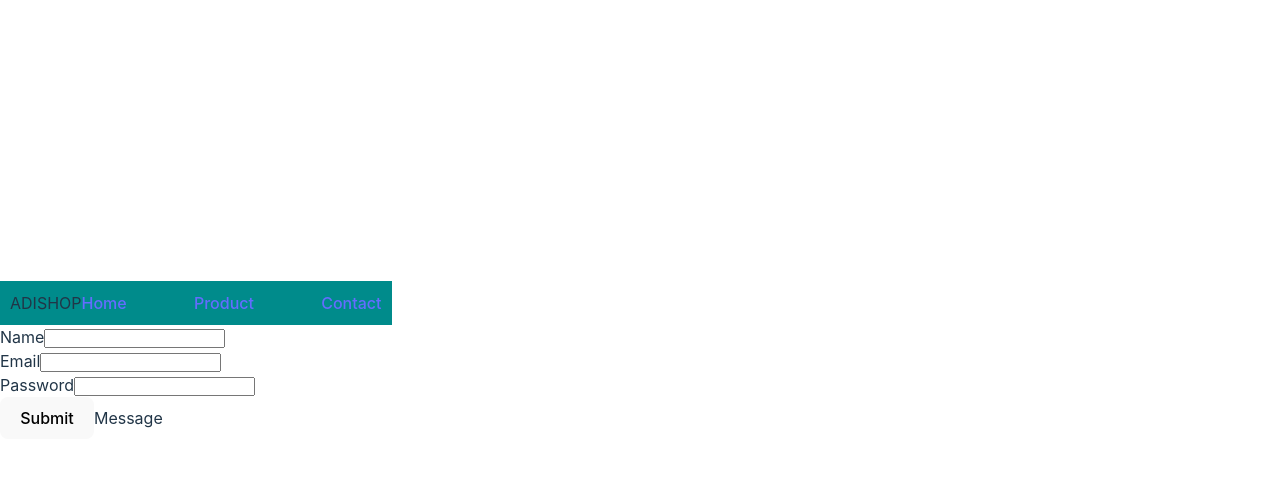
Repository: Aditya0377/React-ecommercewebsite
Page: /contact (app in ecommerce/)
These files come from the project's save history. The page is drawn as it stood at one moment and after the next save; the edit follows.
The browser window is 1280 px wide. The pictures show the whole page.
The project was rebuilt for these pictures with package versions that can differ from the ones it lists, and the page was loaded fresh each time. Also part of the build but not shown: ecommerce/vite.config.js, ecommerce/src/components/Home.jsx, ecommerce/src/components/Product.css, ecommerce/src/components/Product.jsx, ecommerce/src/components/Contact.css.

Above is the page before, as saved 2025-01-21 15:47:33.

After the next save:
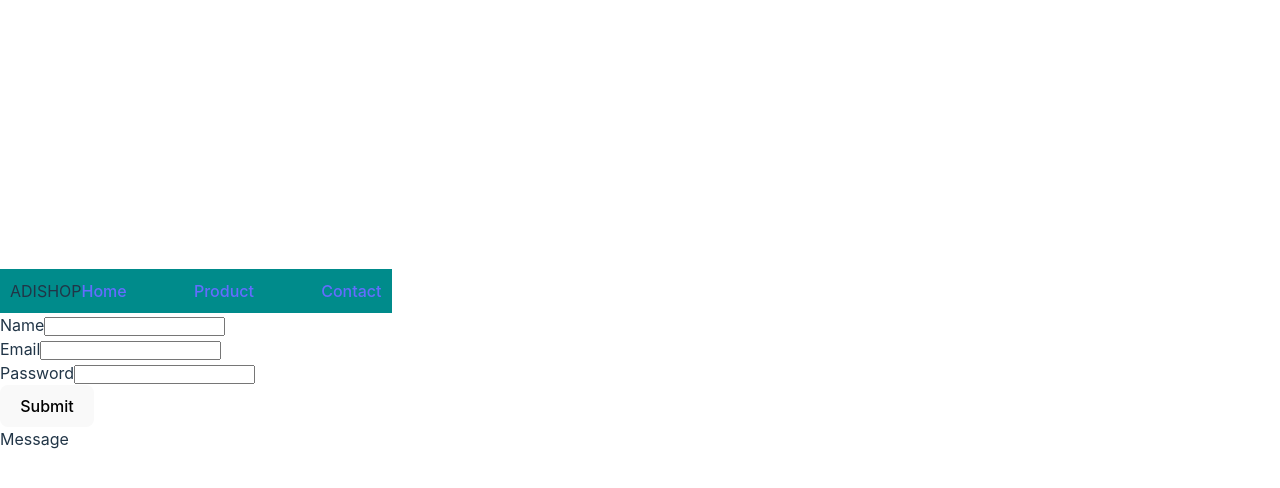
Saved 8 s later.
--- a/ecommerce/src/components/Contact.jsx
+++ b/ecommerce/src/components/Contact.jsx
@@ -10,8 +10,8 @@ const Contact = () => {
                 <input type='email' /><br />
                 <label>Password</label>
                 <input type='password' /><br />
-                <button>Submit</button>
-                <label>Message</label><br />
+                <button>Submit</button><br />
+                <label>Message</label>
                 <div className='message'> </div>
             </form>
         </div >
